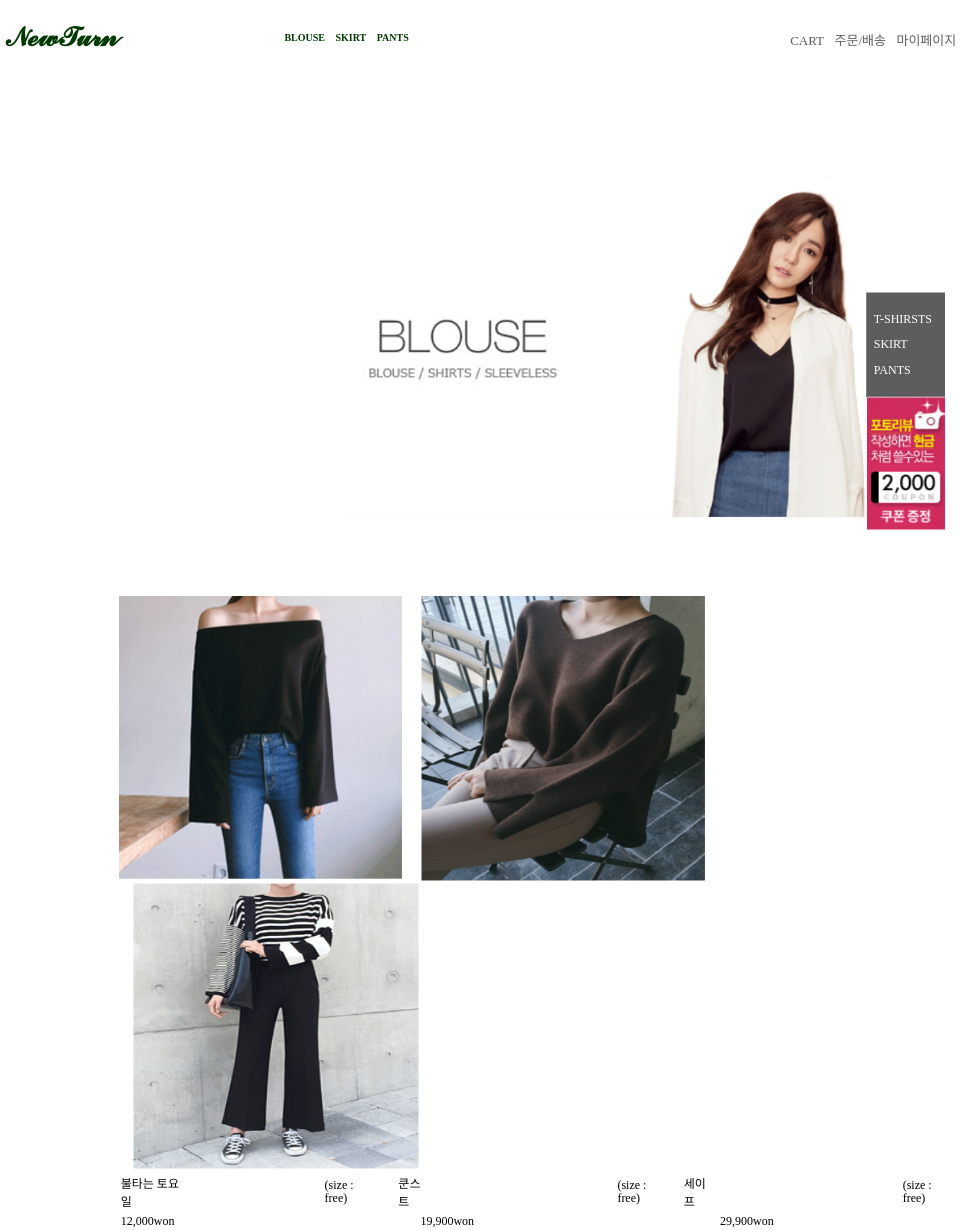
Repository: won0108/Port-Folio
Page: Creating_Homepage/Shopping/WebContent/top.html
The author's editor kept a copy of each file at every save. The page is drawn from the files as they stood at one save, then again after the next save.
The browser window is 1280 px wide. The pictures show the whole page, at 75% of full size.

Above is the page before, as saved 2020-12-03 08:04:41.

### Creating_Homepage/Shopping/WebContent/top.html
<!DOCTYPE html>
<html>
<head>  <!--웹페이지에 대한 정보를 제공한다.-->
 <title> New Turn </title>  <!--탭에 New Turn을 나타낸다.-->
<style>

 	@font-face{
 	font-family:"My Font";
 	src: url("fontstyle/ENCOSCPT.TTF");
	}
 	h1{
   	color:#003900;
   	position:fixed;
   	top: 0px;
   	left:10px;
   	font-family:"My Font", serif;
   	font-size: 30pt;
   	}
	#infor{
	position:fixed;
	top:40px; right:0px;
	}
	#infor a{
	text-decoration:none;
	color:#5D5D5D;
	font-size:13pt;
	display: inline;
	padding :5px;
	}
	#infor a:hover{
	tex-decoration:underline;
	color: black;
	text-weight:bold;
	}
	#categ{
	position:fixed;
	top:25px; right:730px;
	}
	#categ ul li{
	display: inline;
	}
	#categ ul li a{
	text-decoration:none;
	color:#003900;
	font-size:10pt;
	font-weight:bold;
	text-transform:uppercase;
	padding :5px;
	}
	#categ ul li a:hover{
	tex-decoration:underline; color: black;
	}
	#main{
   	position:relative;
   	top: 300px; margin-left:150px;
   }
</style>
</head>
<body>
	<h1> NewTurn </h1>
	<div id="infor">
		<a href="">CART</a>
		<a href="">주문/배송</a>
		<a href="마이페이지.html">마이페이지</a>
	</div>
	<div id="categ">
		<ul>
			<li><a href="top.html">BLOUSE</a></li>
			<li><a href="skirt.html">SKIRT</a></li>
			<li><a href="pants.html">PANTS</a></li>
		</ul>
	</div>
	<img style="position:relative; top: 200px; left:450px;" src="images/티파니.PNG"><br>
	<div id="main">
			<img src="images/티셔츠1.PNG" width="380" height="380">
			<img src="images/티셔츠2.PNG" width="380" height="380" style="padding-left:20px;">
			<img src="images/티셔츠3.PNG" width="380" height="380" style="padding-left:20px;">
			<table>
				<tr>
					<td>불타는 토요일</td>
					<td style="padding-left:190px;">(size : free)</td>
					<td style="padding-left: 30px;">쿤스트</td>
					<td style="padding-left:250px;">(size : free)</td>
					<td style="padding-left: 20px;">세이프</td>
					<td style="padding-left:250px;">(size : free)</td>


			    </tr>
			</table>

		<table>
			<tr>
		    	<td>12,000won</td>
		    	<td style="padding-left: 325px;">19,900won</td>
		    	<td style="padding-left: 325px;">29,900won</td>
		    </tr>
		</table>
		</div>

<div style="background-color:#5D5D5D;
width:85px; height:120px; right:20px; bottom:190px;
color:white; display:block; position:fixed; padding:10px;">
<p>T-SHIRSTS</p>
<p>SKIRT</p>
<p>PANTS</p>
</div>
<div style=" display:block; position:fixed; right:20px; bottom:10px;">
<img src="쿠폰.png"></div>

</body>
</html>

After the next save:
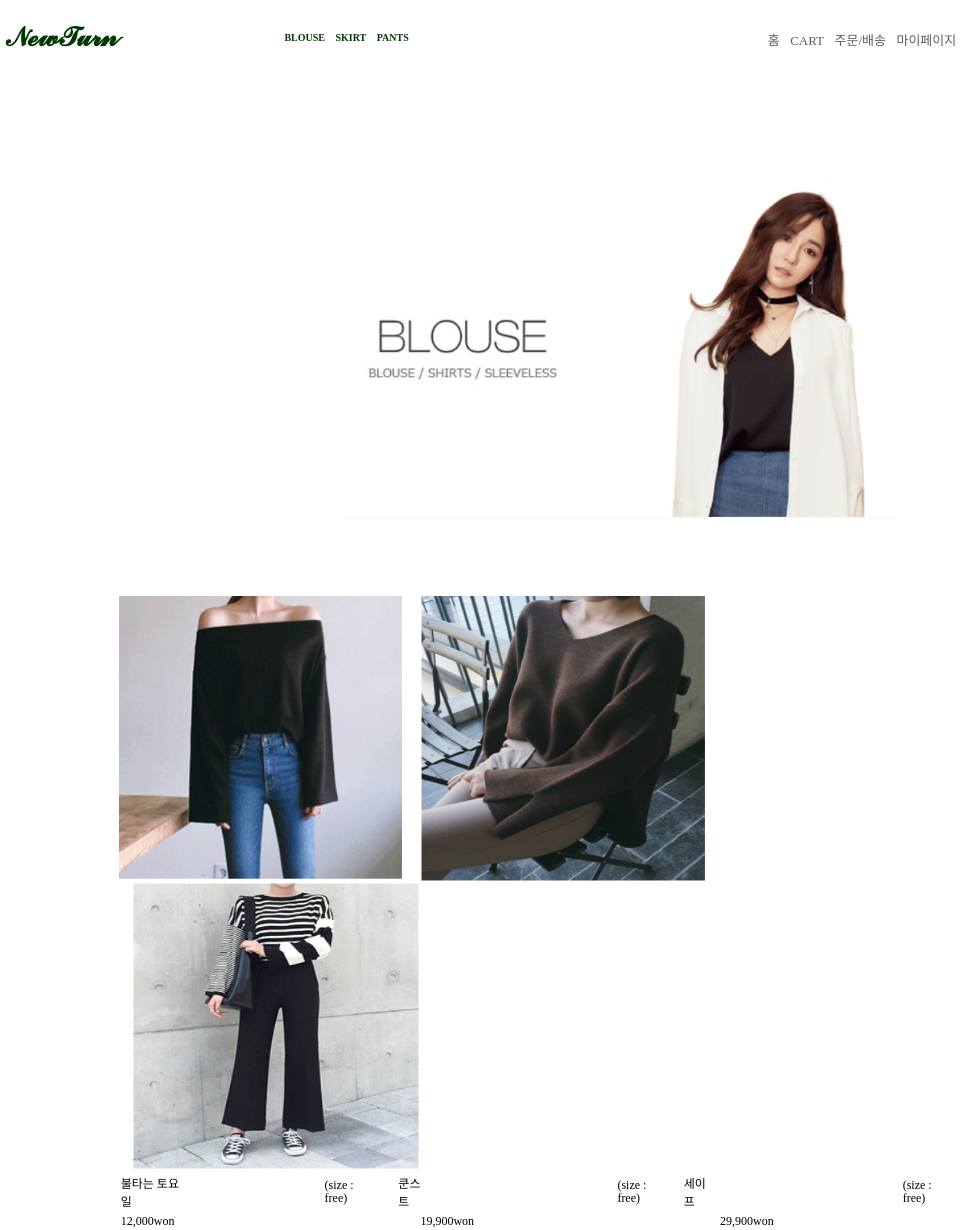
Saved 78 s later.
--- a/Creating_Homepage/Shopping/WebContent/top.html
+++ b/Creating_Homepage/Shopping/WebContent/top.html
@@ -59,6 +59,7 @@
 <body>
 	<h1> NewTurn </h1>
 	<div id="infor">
+		<a href="shoping.html">홈</a>
 		<a href="">CART</a>
 		<a href="">주문/배송</a>
 		<a href="마이페이지.html">마이페이지</a>
@@ -95,17 +96,6 @@
 		    	<td style="padding-left: 325px;">29,900won</td>
 		    </tr>
 		</table>
-		</div>
-
-<div style="background-color:#5D5D5D;
-width:85px; height:120px; right:20px; bottom:190px;
-color:white; display:block; position:fixed; padding:10px;">
-<p>T-SHIRSTS</p>
-<p>SKIRT</p>
-<p>PANTS</p>
-</div>
-<div style=" display:block; position:fixed; right:20px; bottom:10px;">
-<img src="쿠폰.png"></div>
-
+	</div>
 </body>
 </html>
